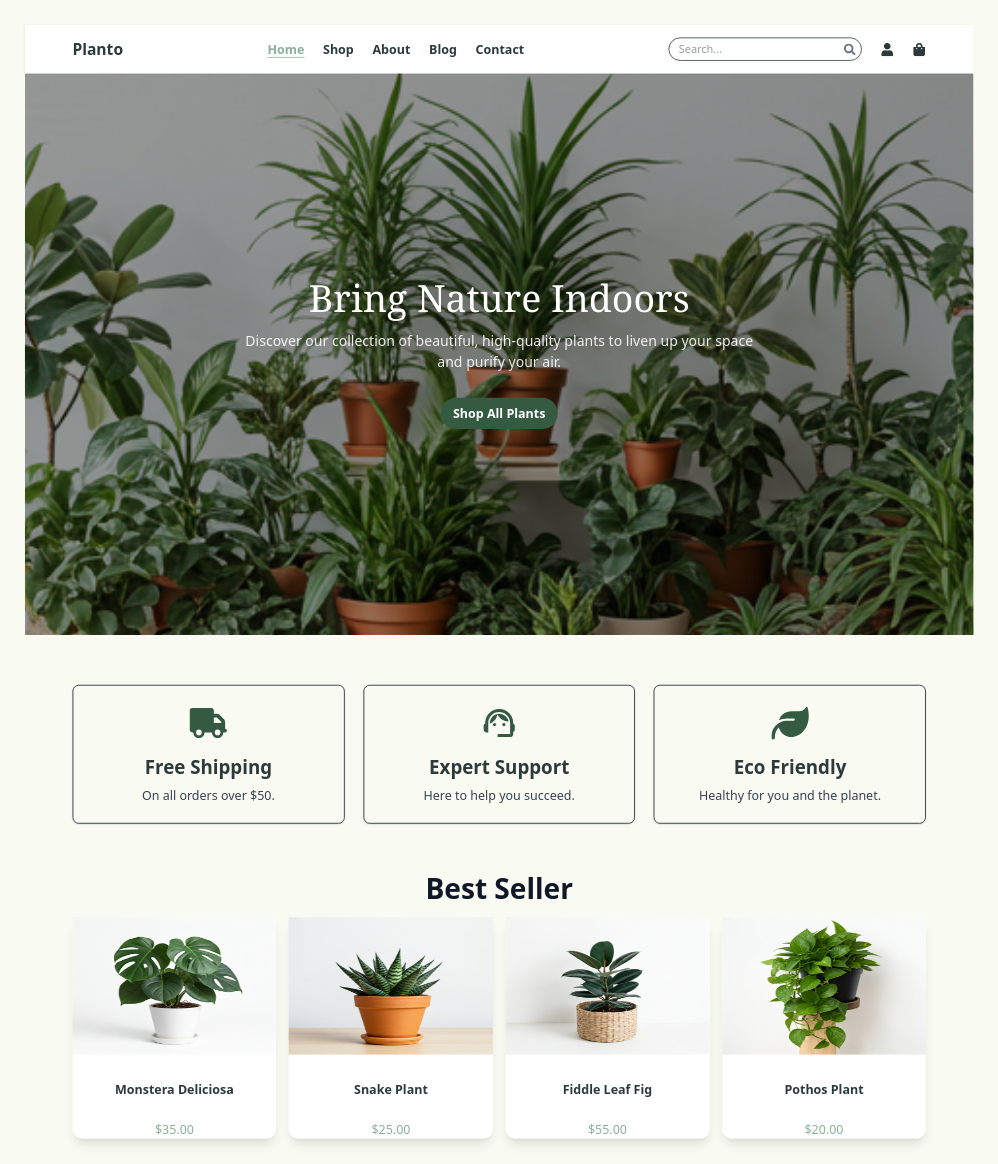
Repository: mazenessam99/Planto
Page: /
An editor plug-in stored every save of this project. The page is shown before and after a run of saves, followed by the edit.
The browser window is 1280 px wide. The pictures show the whole page, at 78% of full size.
The project was rebuilt for these pictures with package versions that can differ from the ones it lists, and the page was loaded fresh each time. Also part of the build but not shown: vite.config.js.

Above is the page before, as saved 2025-11-22 23:06:37.

### index.html
<!doctype html>
<html lang="en">
  <head>
    <meta charset="UTF-8" />
    <link rel="icon" type="image/svg+xml" href="/vite.svg" />
    <meta name="viewport" content="width=device-width, initial-scale=1.0" />
    <title>plants_website</title>
  </head>
  <body>
    <div id="root"></div>
    <script type="module" src="/src/main.jsx"></script>
  </body>
</html>

### src/index.css
@import "tailwindcss";
@import "tailwindcss/theme" layer(theme);
@theme {
  --color-primary: #2D3A3A;
  --color-forest:#386641;
  --color-green:#345A41;
  --color-secondary: #8DB098;
  --color-Terracotta: #C27357;
  --color-sky:#B0D0D3;
  --font-cairo: "Cairo", sans-serif;
  --spacing-128: 32rem;
}

/* ----- BASE ----- */
@layer base {
  body {
    @apply  bg-[#F9FAF1] text-gray-900;
  }
}

/* ----- COMPONENTS ----- */
@layer components {
  .btn {
    @apply bg-primary text-white px-4 py-2 rounded-full cursor-pointer ;
  }
  .btn-green{
    @apply bg-green ;
  }

  .card {
    @apply bg-white p-6 rounded-xl shadow;
  }

}
/* Scrollbar width */
::-webkit-scrollbar {
  width: 8px;
}

/* Scrollbar track  */
::-webkit-scrollbar-track {
  background: #2D3A3A;
  border-radius: 8px;
}

/* Scrollbar thumb  */
::-webkit-scrollbar-thumb {
  background-color: #8DB098;
  border-radius: 8px;
}

::-webkit-scrollbar-thumb:hover {
  background-color: #789983;
}

.container{
  width:90%;
  margin:0 auto;
}

### src/App.jsx

import './App.css'
import Button from './components/ui/Button'
import Home from './pages/Home'

function App() {


  return (
    <>
      <Home/>


    </>
  )
}

export default App

### src/components/ui/Button.jsx
const Button = ({ children, className = "",variant="", ...props }) => {
    return (
        <button className={`btn btn-${variant} ${className}`} {...props}>
            {children}
        </button>
    )
}

export default Button

### src/pages/Home.jsx
import BestSeller from '../components/layout/BestSeller'
import DeliveryCard from '../components/layout/DeliveryCard'
import Hero from '../components/layout/Hero'
import Navbar from '../components/layout/Navbar'

const Home = () => {
  return (
    <div>
        <Navbar/>
        <Hero/>
        <DeliveryCard/>
        <BestSeller/>
    </div>
  )
}

export default Home

### src/components/layout/BestSeller.jsx
import React from 'react'
import { BESTSELLER_CARDS } from '../../utils/constants';
import ProductCard from '../ui/ProductCard';

const BestSeller = () => {
  return (
    <section className='container'>
        <h2 className="text-4xl text-center font-bold mb-4">Best Seller</h2>
        <div className='grid grid-cols-1 sm:grid-cols-2 lg:grid-cols-4 gap-4'>
            {BESTSELLER_CARDS.map((card,index)=>(
                <ProductCard src={card.src} title={card.title} price={card.price}/>
        ))}
        </div>

    </section>
  )
}

export default BestSeller;

### src/components/layout/DeliveryCard.jsx
import { motion } from "framer-motion";
import { DELIVERY_CARDS } from "../../utils/constants";
import { FaTruck, FaLeaf } from "react-icons/fa6";
import { MdSupportAgent } from "react-icons/md";

const icons = {
  truck: <FaTruck />,
  support: <MdSupportAgent />,
  leaf: <FaLeaf />,
};

const DeliveryCards = () => {
  return (
    <section className="container py-16">
      <div className="grid grid-cols-1 sm:grid-cols-2 lg:grid-cols-3 gap-6">
        {DELIVERY_CARDS.map((card, index) => (
          <div key={card.id} className="flex flex-col items-center justify-center text-center p-6 border rounded-lg shadow hover:shadow-lg  transition">
            <div className="text-5xl text-green">
              {icons[card.icon]}
            </div>
            <h3 className="mt-4 mb-2 font-bold text-xl md:text-2xl text-primary">{card.title}</h3>
            <p className="text-gray-700 ">{card.desc}</p>
          </div>
        ))}

      </div>
    </section>
  );
};

export default DeliveryCards;

### src/components/layout/Hero.jsx
import { motion } from "framer-motion";
import HeroImg from "../../assets/images/Hero.png";
import Button from "../ui/Button";

const Hero = () => {
  return (
    <section
      className="relative h-screen overflow-hidden"
    >

      <motion.div
        className="absolute inset-0 bg-cover bg-center"
        style={{ backgroundImage: `url(${HeroImg})` }}
        animate={{ scale: [1, 1.05, 1] }}
        transition={{ duration: 10, repeat: Infinity, ease: "easeInOut" }}
      />

      {/* Overlay */}
      <div className="absolute inset-0 bg-black/40"></div>

      <div className="relative z-10 flex flex-col items-center justify-center h-full px-4 md:px-0 space-y-4 text-center">
        <motion.h1
          initial={{ y: -20, opacity: 0 }}
          animate={{ y: 0, opacity: 1 }}
          transition={{ duration: 0.8 }}
          className="text-white text-2xl md:text-4xl lg:text-5xl font-serif"
        >
          Bring Nature Indoors
        </motion.h1>

        <motion.h2
          initial={{ y: 20, opacity: 0 }}
          animate={{ y: 0, opacity: 1 }}
          transition={{ duration: 0.8, delay: 0.3 }}
          className="text-white/90 text-sm md:text-base lg:text-lg max-w-2xl font-normal"
        >
          Discover our collection of beautiful, high-quality plants to liven up your space and purify your air.
        </motion.h2>

        <motion.div
          initial={{ scale: 0.8, opacity: 0 }}
          animate={{ scale: 1, opacity: 1 }}
          transition={{ duration: 0.5, delay: 0.6 }}
        >
          <Button className="btn-green font-bold mt-4">Shop All Plants</Button>
        </motion.div>
      </div>
    </section>
  );
};

export default Hero;

### src/components/layout/Navbar.jsx
import { useState } from "react";
import { NavLink } from "react-router-dom";
import { NAVBAR_LINKS } from "../../utils/constants";
import { FaBars, FaSearch, FaUser, FaShoppingBag } from "react-icons/fa";
import { IoClose } from "react-icons/io5";
import { motion, AnimatePresence } from "framer-motion";

const Navbar = () => {
    const [menuOpen, setMenuOpen] = useState(false);

    return (
        <nav className="bg-white shadow sticky top-0 z-50 ">
            <div className="container flex justify-between items-center py-4">
                {/* Logo */}
                <a href="/" className="text-primary text-xl font-bold">Planto</a>

                {/* Desktop Links */}
                <ul className="hidden md:flex gap-6 items-center">
                    {NAVBAR_LINKS.map((link) => (
                        <li key={link.id}>
                            <NavLink
                                to={link.path}
                                className={({ isActive }) =>
                                    `text-primary font-semibold transition hover:text-secondary
                                ${isActive ? "text-secondary underline underline-offset-4" : ""}`
                                }
                            >
                                {link.label}
                            </NavLink>
                        </li>
                    ))}
                </ul>

                {/* Desktop Icons + Search */}
                <div className="hidden md:flex gap-6 items-center text-primary">
                    {/* Search input */}
                    <div className="relative">
                        <input
                            type="text"
                            placeholder="Search..."
                            className="border rounded-full pl-3 pr-8 py-1 text-sm focus:outline-none focus:ring-2 focus:ring-secondary"
                        />
                        <FaSearch size={15} className="absolute right-2 top-2 text-gray-500" />
                    </div>

                    <FaUser size={17} className="cursor-pointer hover:text-secondary" />
                    <FaShoppingBag size={17} className="cursor-pointer hover:text-secondary" />
                </div>

                {/* Mobile menu button */}
                <button
                    className="md:hidden text-primary"
                    onClick={() => setMenuOpen(true)}
                    aria-label="Open menu"
                    aria-expanded={menuOpen}
                >
                    <FaBars size={22} />
                </button>
            </div>

            {/* Mobile overlay + drawer (AnimatePresence for exit animation) */}
            <AnimatePresence>
                {menuOpen && (
                    <motion.div
                        className="md:hidden fixed inset-0 z-40"
                        initial={{ opacity: 0 }}
                        animate={{ opacity: 1 }}
                        exit={{ opacity: 0 }}
                        onClick={() => setMenuOpen(false)}
                    >
                        {/* Drawer */}
                        <motion.div
                            className="bg-white w-72 h-full shadow-lg p-6"
                            initial={{ x: "-100%" }}
                            animate={{ x: 0 }}
                            exit={{ x: "-100%" }}
                            transition={{ type: "linear", duration: 0.4 }}
                            onClick={(e) => e.stopPropagation()}
                        >
                            {/* Close */}
                            <div className="flex justify-between items-center mb-6">
                                <a href="/" className="text-lg font-bold text-primary">Planto</a>
                                <button onClick={() => setMenuOpen(false)} aria-label="Close menu">
                                    <IoClose size={26} className="text-primary" />
                                </button>
                            </div>

                            {/* Mobile Search */}
                            <div className="mb-4">
                                <div className="relative">
                                    <input
                                        type="text"
                                        placeholder="Search..."
                                        className="w-full border rounded-full pl-3 pr-8 py-2 text-sm focus:outline-none focus:ring-2 focus:ring-secondary"
                                    />
                                    <FaSearch size={15} className="absolute right-3 top-3 text-gray-500" />
                                </div>
                            </div>

                            {/* Links */}
                            <ul className="flex flex-col gap-4 text-primary font-semibold">
                                {NAVBAR_LINKS.map((link) => (
                                    <li key={link.id}>
                                        <NavLink
                                            to={link.path}
                                            onClick={() => setMenuOpen(false)}
                                            className={({ isActive }) =>
                                                `block py-2 ${isActive ? "text-secondary" : ""}`
                                            }
                                        >
                                            {link.label}
                                        </NavLink>
                                    </li>
                                ))}
                            </ul>

                            {/* Icons */}
                            <div className="flex gap-4 mt-6 text-primary">
                                <FaUser size={18} />
                                <FaShoppingBag size={18} />
                            </div>
                        </motion.div>
                    </motion.div>
                )}
            </AnimatePresence>
        </nav>
    );
};

export default Navbar;

### src/utils/constants.js
import img1 from "../../src/assets/images/Featured_1.png";
import img2 from "../../src/assets/images/Featured_2.png";
import img3 from "../../src/assets/images/Featured_3.png";
import img4 from "../../src/assets/images/Featured_4.png";
// Navbar_Links
export const NAVBAR_LINKS = [
    { id: 1, label: 'Home', path: '/' },
    { id: 2, label: 'Shop', path: '/shop' },
    { id: 3, label: 'About', path: '/about' },
    { id: 4, label: 'Blog', path: '/blog' },
    { id: 5, label: 'Contact', path: '/contact' },
];

// Delivery_Cards
export const DELIVERY_CARDS = [
    { id: 1, icon: "truck", title: "Free Shipping", desc: "On all orders over $50." },
    { id: 2, icon: "support", title: "Expert Support", desc: "Here to help you succeed." },
    { id: 3, icon: "leaf", title: "Eco Friendly", desc: "Healthy for you and the planet." },
];

// BESTSELLER_CARDS
export const BESTSELLER_CARDS=[
    {id:1,src:img1,title:'Monstera Deliciosa',price:'$35.00'},
    {id:2,src:img2,title:'Snake Plant',price:'$25.00'},
    {id:3,src:img3,title:'Fiddle Leaf Fig',price:'$55.00'},
    {id:4,src:img4,title:'Pothos Plant',price:'$20.00'}
]

### src/components/ui/ProductCard.jsx
import Button from "./Button";

const ProductCard = ({src,title,price,showButton=false,buttonText='Add To Cart'}) => {
  return (
    <div className="bg-white rounded-xl shadow-lg flex flex-col  space-y-4">
      <div className="w-full h-44 ">
        <img src={src} className="w-full h-full"/>
      </div>
      <h3 className="mt-4 font-bold text-primary">{title}</h3>
      <p className="mt-3 text-secondary">{price}</p>
      {showButton&&(
        <Button className="my-3 w-full"/>
      )}

    </div>
  )
}

export default ProductCard;

Loaded but not shown: src/main.jsx (common file); src/App.css (common file)

After the next 2 saves:
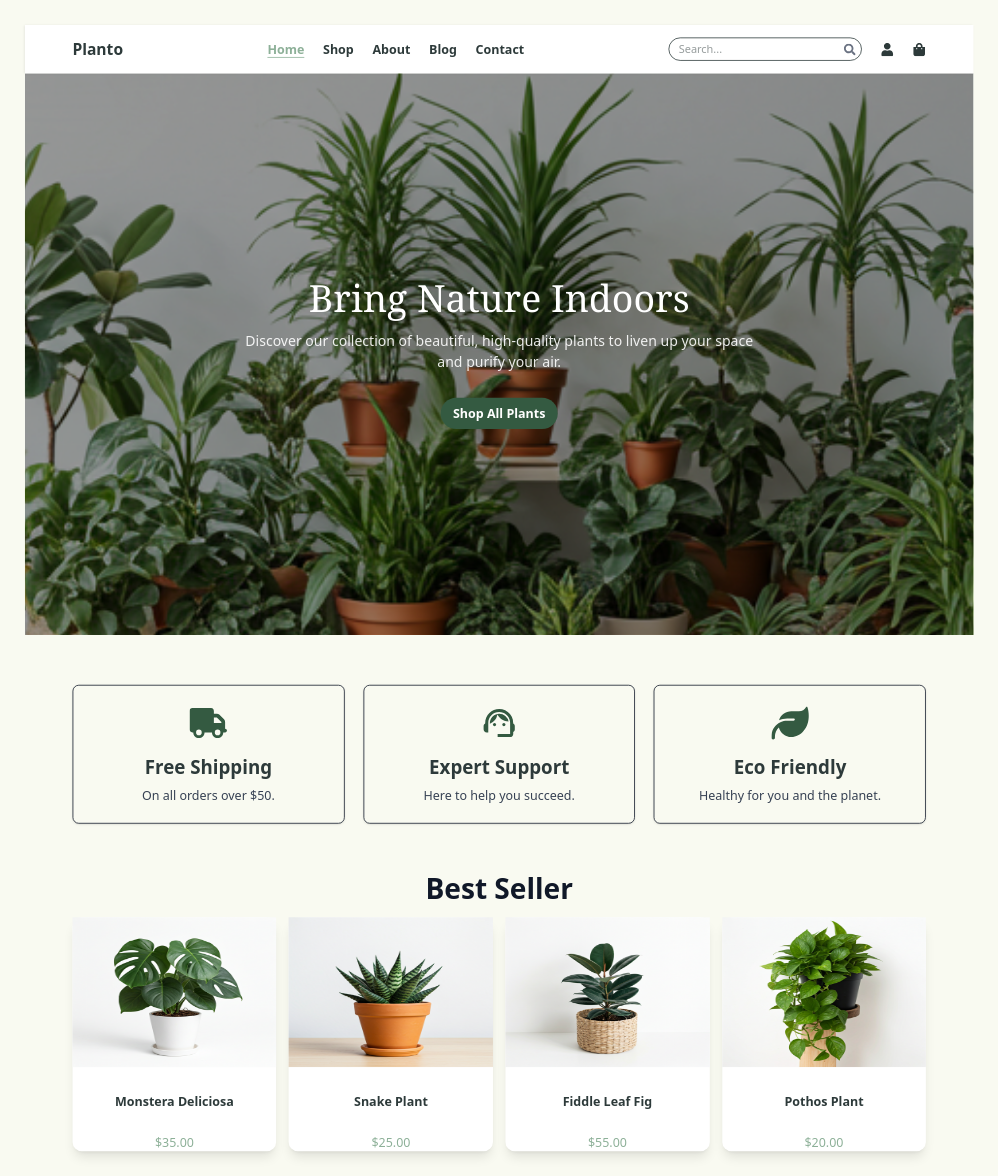
The 2 saves are shown as one change because they came seconds apart.
The last was saved 17 s later.
--- a/src/components/ui/ProductCard.jsx
+++ b/src/components/ui/ProductCard.jsx
@@ -3,7 +3,7 @@ import Button from "./Button";
 const ProductCard = ({src,title,price,showButton=false,buttonText='Add To Cart'}) => {
   return (
     <div className="bg-white rounded-xl shadow-lg flex flex-col  space-y-4">
-      <div className="w-full h-44 ">
+      <div className="w-full h-48 ">
         <img src={src} className="w-full h-full"/>
       </div>
       <h3 className="mt-4 font-bold text-primary">{title}</h3>
